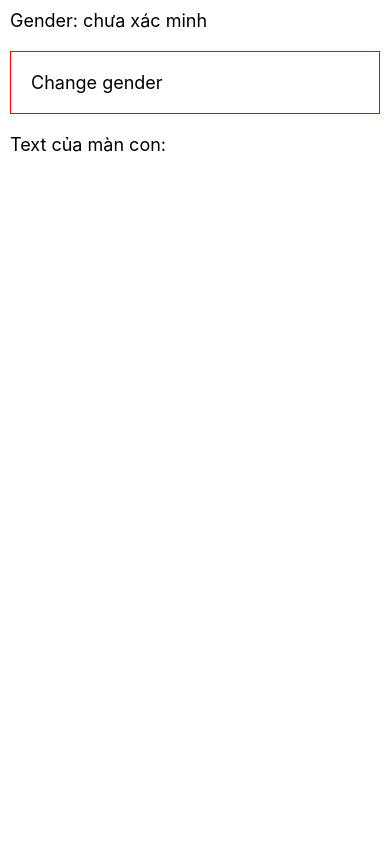
Repository: web345/test
Screen: /
These files come from the project's save history. The screen is drawn as it stood at one moment and after the next save; the edit follows.
The app was drawn by React Native's web renderer in a window 390 px wide. The project was rebuilt for these pictures with package versions that can differ from the ones it lists, and the page was loaded fresh each time.

Above is the screen before, as saved 2021-08-17 14:39:38.

### App.js
import React, {useState} from 'react'
import { View, Text, TextInput, TouchableOpacity, StyleSheet, SafeAreaView } from 'react-native'
import Form2 from "./form2"
export default function App() {


  const [gioitinh, setGioitinh]= useState("chưa xác minh");
  const [text1, settext1]= useState(" ");
  return (
    <SafeAreaView>
      <View style={style.form1}>
    <Text style={style.text} >Gender: {gioitinh}</Text>
    <TouchableOpacity style={style.button}><Text style={style.text}>Change gender</Text></TouchableOpacity>
    <Text style={style.text} >Text của màn con: {text1}</Text>
    </View>
    <Form2/>
    </SafeAreaView>
  )
}

const style =StyleSheet.create({
  text: {
    fontSize: 18,
    margin: 10,
  },
  button: {
    borderWidth: 1,
    padding: 10,
    borderColor: "red",
    margin: 10,
  },
  form1: {
    marginBottom: 30,
  },
});

### form2.js
import React from 'react'
import { View, Text, StyleSheet, TextInput, TouchableOpacity } from 'react-native'

export default function form2() {
    return (
        <View style={style.container}>

        </View>
    )
}

const style=StyleSheet.create({
    container: {
        marginLeft: 7,
        marginRight: 7,
    },
    text: {
        fontSize: 18,
        margin: 10,
      },
      button: {
        borderWidth: 1,
        padding: 10,
        borderColor: "red",
        margin: 10,
      },
      input: {
          borderWidth: 1,
          padding: 10,
      }
})

After the next save:
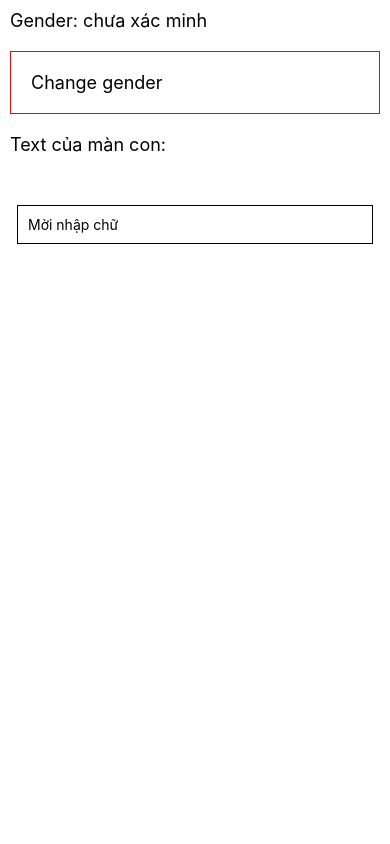
Saved 72 s later.
--- a/form2.js
+++ b/form2.js
@@ -4,7 +4,7 @@ import { View, Text, StyleSheet, TextInput, TouchableOpacity } from 'react-nativ
 export default function form2() {
     return (
         <View style={style.container}>
-
+        <TextInput placeholder={"Mời nhập chữ"} style={style.input}></TextInput>
         </View>
     )
 }
@@ -27,5 +27,6 @@ const style=StyleSheet.create({
       input: {
           borderWidth: 1,
           padding: 10,
+          margin: 10,
       }
 })
